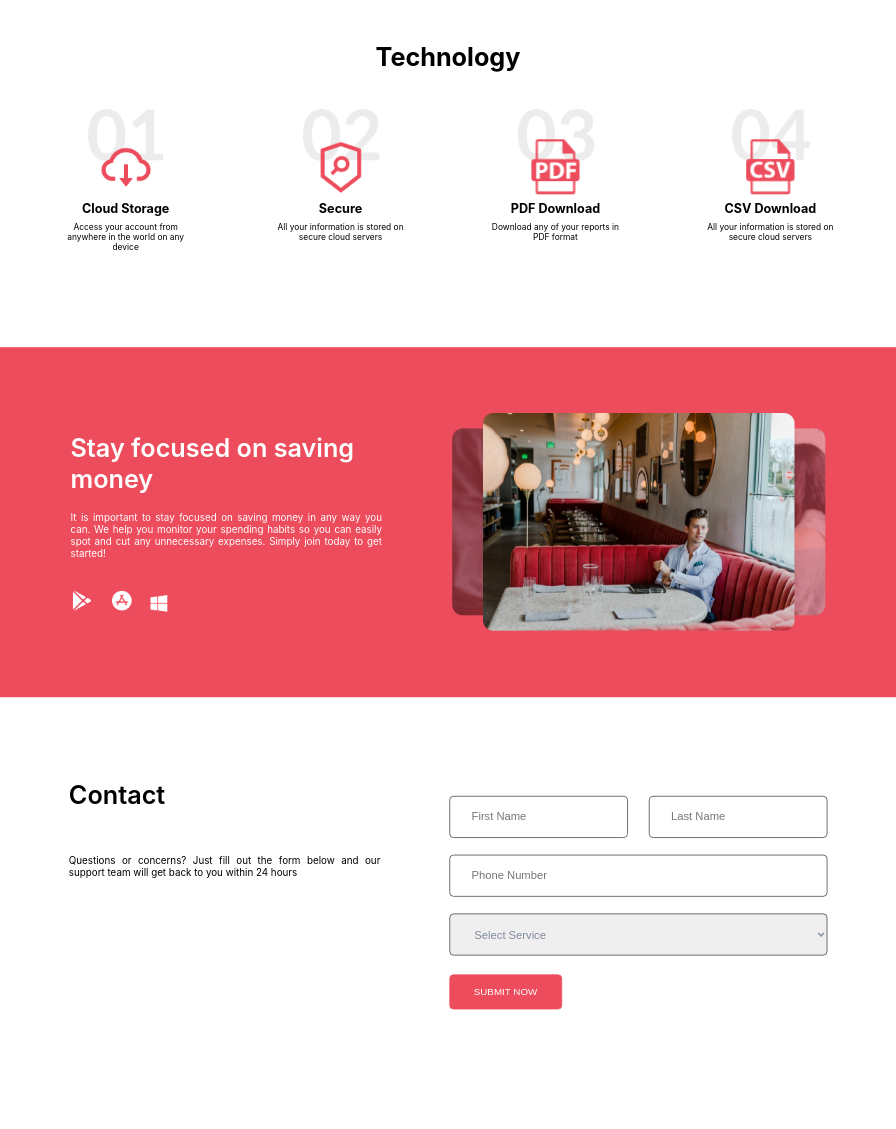
Repository: Ola-22/cloudBudget
Page: /
An editor plug-in stored every save of this project. The page is shown before and after the next save, followed by the edit.
The browser window is 1280 px wide. The pictures show the part of the page from y = 1980 to 3900 px (the page is 3593 px tall before and 3900 px after), at 70% of full size.
The project was rebuilt for these pictures with package versions that can differ from the ones it lists, and the page was loaded fresh each time. Also part of the build but not shown: src/Components/Footer/style.scss.

Above is the page before, as saved 2021-09-14 14:15:41.

### src/App.js
import "./App.css";
import {
  Navbar,
  MainContent,
  VideoSection,
  Features,
  Technology,
  AppDownload,
  Contact,
} from "./components/component-path";

function App() {
  return (
    <div className="App">
      <div
        className="app-main"
        style={{
          backgroundImage:
            "linear-gradient(90deg, rgba(213, 32, 71, 0.8) 0%, rgba(238, 61, 27, 0.8) 100%),url(/images/bg.png)",
          height: "782px",
        }}
      >
        <Navbar />
        <MainContent />
      </div>
      <VideoSection />
      <Features />
      <Technology />
      <AppDownload />
      <Contact />
    </div>
  );
}

export default App;

### src/App.css
*{
  margin: 0;
  padding: 0;
  box-sizing: border-box;
}

.app-main{
  /* height: 782px; */
  background-position: center;
  background-repeat: no-repeat;
  background-size: cover;
  position: relative;
}

### src/Components/component-path.js
export { default as Navbar } from "./Navbar";
export { default as MainContent } from "./MainContent";
export { default as VideoSection } from "./VideoSection";
export { default as Features } from "./Features";
export { default as Technology } from "./Technology";
export { default as AppDownload } from "./AppDownload";
export { default as Contact } from "./Contact";
export { default as Footer } from "./Footer";

### src/Components/Navbar/index.jsx
import "./style.scss";
import { Link, BrowserRouter as Router } from "react-router-dom";

function Navbar() {
  return (
    <div className="nav-main">
      <div className="nav-box">
        <img src="/images/Vector.png" alt="" />
        <h3>CLOUDBUDGET</h3>
      </div>
      <Router>
        <nav>
          <Link to="/">overview</Link>
          <Link to="/">features</Link>
          <Link to="/">technology</Link>
          <Link to="/">contact</Link>
          <Link to="/">sign up</Link>
        </nav>
      </Router>
      <div style={{ display: "flex", cursor: "pointer" }}>
        <div className="flag-box">
          <img src="/images/flag.png" alt="" />
          <h4>EN</h4>
          <img src="/images/vector2.png" alt="" />
        </div>
        <button>Login</button>
      </div>
    </div>
  );
}

export default Navbar;

### src/Components/MainContent/index.jsx
import "./style.css";

export default function MainContent() {
  return (
    <div className="main-content">
      <h1>CloudBudget</h1>
      <p>
        Cloud budget management for everyone. Only €69.95 a Month After a 7 Day
        Trial of
        <br /> Up to €4.99
      </p>
      <button>sign up</button>
    </div>
  );
}

### src/Components/VideoSection/index.jsx
import "./style.scss";

export default function VideoSection() {
  return (
    <div className="videoMain">
      <div className="video-content">
        <h2>Easy to Use Cloud Budget Management Software</h2>
        <p>
          Our software is made so you can access and manage your budget and
          expenses online at any time from any device. It provides detailed
          income and expense reports with graphs so you can easilly see your
          spending patterns and budget at a glance. Read below to find out more.
        </p>
        <a href="#">Learn More</a>
      </div>
      <div>
        <img src="/images/play.png" alt="" />
        <img src="/images/Video_bg.png" alt="" />
      </div>
    </div>
  );
}

### src/Components/Features/index.jsx
import FeaturesCard from "./FeaturesCard";
import "./style.scss";

export default function Features() {
  return (
    <div className="features-main">
      <h1>Features</h1>
      <div>
        <FeaturesCard
          src="/images/features1.png"
          title="Supports All Currencies and Cards"
          paragraph="We support all popular currencies and is fully customizable to add"
          readmore="Read More"
        />
        <FeaturesCard
          src="/images/features2.png"
          title="Manage your expenses on the go"
          paragraph="You can access your account from anywhere in the world on any device"
          readmore="Read More"
        />
        <FeaturesCard
          src="/images/features3.png"
          title="Cloud Budget Management Software"
          paragraph="Our software is made so you can access and manage your budget"
          readmore="Read More"
        />
      </div>
    </div>
  );
}

### src/Components/Technology/index.jsx
import "./style.scss";
import TechCard from "./TechCard";

export default function Technology() {
  return (
    <div className="tech-main">
      <h1>Technology</h1>
      <div>
        <TechCard
          src="/images/tech1.png"
          title="Cloud Storage"
          paragraph="Access your account from anywhere in the world on any device"
          background="01.png"
        />
        <TechCard
          src="/images/tech2.png"
          title="Secure"
          paragraph="All your information is stored on secure cloud servers"
          background="02.png"
        />
        <TechCard
          src="/images/tech3.png"
          title="PDF Download"
          paragraph="Download any of your reports in PDF format"
          background="03.png"
        />
        <TechCard
          src="/images/tech4.png"
          title="CSV Download"
          paragraph="All your information is stored on secure cloud servers"
          background="04.png"
        />
      </div>
    </div>
  );
}

### src/Components/AppDownload/index.jsx
import "./style.scss";

export default function AppDownload() {
  return (
    <div className="download-main">
      <div>
        <h1>Stay focused on saving money</h1>
        <p>
          It is important to stay focused on saving money in any way you can. We
          help you monitor your spending habits so you can easily spot and cut
          any unnecessary expenses. Simply join today to get started!
        </p>
        <img src="/images/playstore.png" alt="" />
        <img src="/images/applestore.png" alt="" />
        <img src="/images/windows.png" alt="" />
      </div>
      <div>
        <div>
          <img src="/images/Video_bg3.png" alt="" />
          <img src="/images/Video_bg2.png" alt="" />
        </div>
        <img src="/images/Video_bg1.png" alt="" />
      </div>
    </div>
  );
}

### src/Components/Contact/index.jsx
import "./style.scss";
import Input from "./Input";

export default function Contact() {
  return (
    <div className="contact-main">
      <div>
        <h4>Contact</h4>
        <p>
          Questions or concerns? Just fill out the form below and our support
          team will get back to you within 24 hours
        </p>
      </div>
      <div>
        <div>
          <Input
            name="first_name"
            id="first_name"
            type="text"
            // onChange={this.handleChange}
            // value={email}
            placeholder="First Name"
          />
          <Input
            name="last_name"
            id="last_name"
            type="text"
            // onChange={this.handleChange}
            // value={email}
            placeholder="Last Name"
          />
        </div>
        <div>
          <Input
            name="phone"
            id="phone"
            type="text"
            // onChange={this.handleChange}
            // value={email}
            placeholder="Phone Number"
          />
        </div>

        <select name="service" id="service">
          <option value="other">Select Service</option>
          <option value="other">other</option>
          <option value="other">other</option>
          <option value="other">other</option>
        </select>
        <button>Submit now</button>
      </div>
    </div>
  );
}

### src/Components/Navbar/style.scss
@import "../../styles/variables.scss";

.nav-main{
  display: flex;
  align-items: center;
  justify-content: space-around;
  padding-top: 52px;
  & >nav{
    display: flex;
    & >a {
      margin-left: 20px;
      text-transform: uppercase;
      color: $whiteColor;
      font-size: 14px;
      text-decoration: none;
    }
  }

  & button{
    width: 100px;
    height: 40px;
    background-color: transparent;
    border-radius: 6px;
    border: 1px solid $whiteColor;
    font-size: 14px;
    text-transform: uppercase;
    color: $whiteColor;
    margin-inline-start: 28.81px;
    margin-inline-end: 28px;
  }
}

.nav-box{
  display: flex;
  // margin-left: 5%;
  & > h3{
    font-size: 18px;
    margin-left: 9.9px;
    color: white;
  }
}

.flag-box{
  display: flex;
  align-items: center;
  width: 96px;
  & > h4{
    font-size: 14px;
    color: $whiteColor;
    margin-inline-start: 13.81px;
    margin-inline-end: 13.81px;
  }
}

### src/Components/MainContent/style.css
.main-content {
  display: -webkit-box;
  display: -ms-flexbox;
  display: flex;
  -webkit-box-align: center;
      -ms-flex-align: center;
          align-items: center;
  -webkit-box-orient: vertical;
  -webkit-box-direction: normal;
      -ms-flex-direction: column;
          flex-direction: column;
  color: #ffffff;
  margin-top: 158px;
}

.main-content > h1 {
  font-size: 72px;
  text-transform: uppercase;
  margin-left: 18px;
  letter-spacing: 0.05em;
}

.main-content > p {
  font-size: 24px;
  width: 540px;
  height: 124px;
  font-weight: 600;
  overflow-wrap: break-word;
  text-align: center;
  margin: 0;
}

.main-content > button {
  background-color: #ffffff;
  border-radius: 6px;
  width: 160px;
  height: 50px;
  font-size: 14px;
  text-transform: uppercase;
  color: #ED4C5C;
  border: none;
  font-weight: 600;
  cursor: pointer;
}
/*# sourceMappingURL=style.css.map */

### src/Components/VideoSection/style.scss
@import "../../styles/variables.scss";

.videoMain{
  display: flex;
  justify-content: space-around;
  margin-top: 94px;
  height: 500px;
  flex-wrap: wrap;
  & > div:last-of-type{
    position: relative;
    & img:first-of-type{
      border: 1px solid $btnColor;
      background-color: $btnColor;
      border-radius: 50%;
      padding: 20px;
      // width: 18px;
      position: absolute;
      margin-top: 123px;
      left: -32px;
    }
  }
}

.video-content{
  width: 445px;
  & > h2{
    font-size: 36px;
    line-height: 43px;
    margin-top: 46px;
    font-weight: 600;
  }
  & > p{
    font-size: 14px;
    text-align: justify;
    margin: 24px 0;
  }
  & > a{
    color: $btnColor;
    font-size: 14px;
    text-decoration: none;
  }
}

### src/Components/Features/FeaturesCard/index.js
import "./style.scss";

export default function FeaturesCard({ src, title, paragraph, readmore }) {
  return (
    <div className="features-card">
      <img src={src} alt="" />
      <div>
        <h3>{title}</h3>
        <p>{paragraph}</p>
        <a href="#">{readmore}</a>
      </div>
    </div>
  );
}

### src/Components/Features/style.scss
.features-main{
  background-color: #fafafa;
  // padding-top: 60px;
  height: 600px;
  & >h1{
    text-align: center;
    padding-top: 60px;
    padding-bottom: 63px;
  }
  & > div:first-of-type{
    display: flex;
    justify-content: space-evenly;
    height: 660px;
    flex-wrap: wrap;
  }
}

### src/Components/Technology/style.scss
.tech-main{
   height: 500px;

   & > h1{
     font-size: 36px;
     text-align: center;
     padding-top: 63px;
     padding-bottom: 52px;
   }

  & > div:first-of-type{
    display: flex;
    justify-content: space-evenly;
    flex-wrap: wrap;
  }
}

### src/Components/Technology/TechCard/index.jsx
import "./style.scss";

export default function TechCard({ src, title, paragraph, background }) {
  return (
    <div
      className="tech-card"
      style={{
        backgroundImage: `url(/images/${background}`,
        backgroundRepeat: "no-repeat",
        position: "relative",
        backgroundPosition: "center top",
      }}
    >
      <img src={src} alt="" />
      <h2>{title}</h2>
      <p>{paragraph}</p>
    </div>
  );
}

### src/Components/AppDownload/style.scss
@import "../../styles/variables.scss";

.download-main{
  background-color: $btnColor;
  height: 500px;
  color: $whiteColor;
  display: flex;
  justify-content: space-evenly;
  position: relative;
  &>div:first-of-type{
    width: 445px;
    & > h1{
      margin-top: 122px;
      width: 445px;
      font-size: 36px;
      font-weight: 600;
      margin-bottom: 24px;
    }
    & >p{
      margin-bottom: 44px;
      font-size: 14px;
      text-align: justify;
    }
    & > img:not(:first-of-type){
      margin-left: 25px;
    }
  }
  &>div:last-of-type{
    width: 533px;
    position: relative;
    padding-top: 116px;
    & > div {
    display: flex;
    position: relative;
    & >img:first-of-type{
      position: absolute;
      left: 150px;
    }
    }
    & > img{
      position: absolute;
      left: 44px;
      top: 94px;
    }
  }
}

### src/Components/Contact/style.scss
@import "../../styles/variables.scss";

.contact-main{
  display: flex;
  margin-top: 117px;
  justify-content: space-evenly;
  height: 500px;
  &> div:first-of-type{
    width: 445px;
    height: 160px;
    & > h4{
      font-size: 36px;
      font-weight: 600;
      height: 107px;
    }
    & >p{
      height: 64px;
      font-size: 14px;
      text-align: justify;
    }
  }
  &>div:last-of-type{
    width: 540px;
    height: 305px;

    & input, & select{
       height: 60px;
       border-radius: 6px;
       font-size: 16px;
       color: rgba(19,39,67,0.5);
       padding-left: 31px;
       outline: none;
       border: 1px solid #333333;
    }

    & input, & >select{
      width: 540px;
      margin-top: 24px;
    }

    &>div:first-of-type{
       &  input{
       width: 255px;
      &:last-of-type{
        margin-left: 30px;
      }
    }
    }


    & > button{
      background-color: $btnColor;
      border-radius: 6px;
      width: 161px;
      height: 50px;
      margin-top: 27px;
      border: 1px solid $btnColor;
      color: $whiteColor;
      text-transform: uppercase;
      font-size: 14px;
    }
  }
}

### src/Components/Contact/Input/index.jsx
// import React from "react";

export default function Input({
  name,
  type,
  onChange,
  value,
  placeholder,
  id,
}) {
  return (
    <>
      <input
        name={name}
        type={type}
        id={id}
        onChange={onChange}
        value={value}
        placeholder={placeholder}
        className="inputLog"
      />
    </>
  );
}

### src/styles/variables.scss
$whiteColor: #ffffff;
$blackColor: #000000;
$orangeColor: #EE3D1B;
$pinkColor: #D52047;
$btnColor: #ED4C5C;

### src/Components/Features/FeaturesCard/style.scss
@import "../../../styles/variables.scss";


.features-card{
  position: relative;
  text-align: center;
  & > div{
    background-color: $whiteColor;
    position: absolute;
    top: 157px;
    width: 293px;
    height: 198px;
    left: 29px;
    box-shadow: 0px 5px 30px rgba(0, 0, 0, 0.1);
    display: flex;
    flex-direction: column;
    align-items: center;
    color: #101010;
    border-radius: 8px;
    & > h3{
      margin-top: 33px;
      margin-bottom: 20px;
      font-size: 18px;
      width: 229px;
    }
    & > p{
      font-size: 12px;
      width: 229px;
      height: 57px;
    }
    & > a{
      color: $btnColor;
      font-size: 12px;
      font-weight: bold;
      text-decoration: none;
    }
  }
}

### src/Components/Technology/TechCard/style.scss
.tech-card{
  width: 255px;
  height: 226px;
  display: flex;
  flex-direction: column;
  align-items: center;
  flex-wrap: wrap;
  & > img{
    margin-top: 44px;
    width: 80px;
    height: 80px;
    object-fit: contain;
  }
  & >h2{
    font-size: 18px;
    margin-bottom: 10px;
    margin-top: 8px;
  }
  & > p{
    font-size: 12px;
    width: 191px;
    height: 51px;
    text-align: center;
    line-height: 14px;
  }
}

### src/Components/Footer/index.jsx
import "./style.scss";

export default function Footer() {
  return (
    <div className="footer-main">
      <div>
        <h3>Address</h3>
        <p>
          Pipang Ltd, Griva Digeni, 81-83 Jacovides Tower, 1st Floor 1090
          Picosia USA
        </p>
      </div>
      <div>
        <h3>Services</h3>
        <ul>
          <li>Overview</li>
          <li>Features</li>
          <li>Technology</li>
          <li>Terms & Conditions</li>
          <li>Privecy</li>
        </ul>
      </div>
      <div>
        <h3>Get in Touch</h3>
        <ul>
          <li>info@cloudbudget.com</li>
          <li>+1 844-721-7120</li>
        </ul>
        <div>
          <img src="/images/facebook.png" alt="" />
          <img src="/images/linkedin.png" alt="" />
          <img src="/images/twitter.png" alt="" />
        </div>
      </div>
      <div>
        <h3>We Support</h3>
        <img src="/images/secure.png" alt="" />
      </div>
    </div>
  );
}

Loaded but not shown: public/index.html (common file); src/index.js (common file); src/index.css (common file); src/reportWebVitals.js (common file)

After the next save:
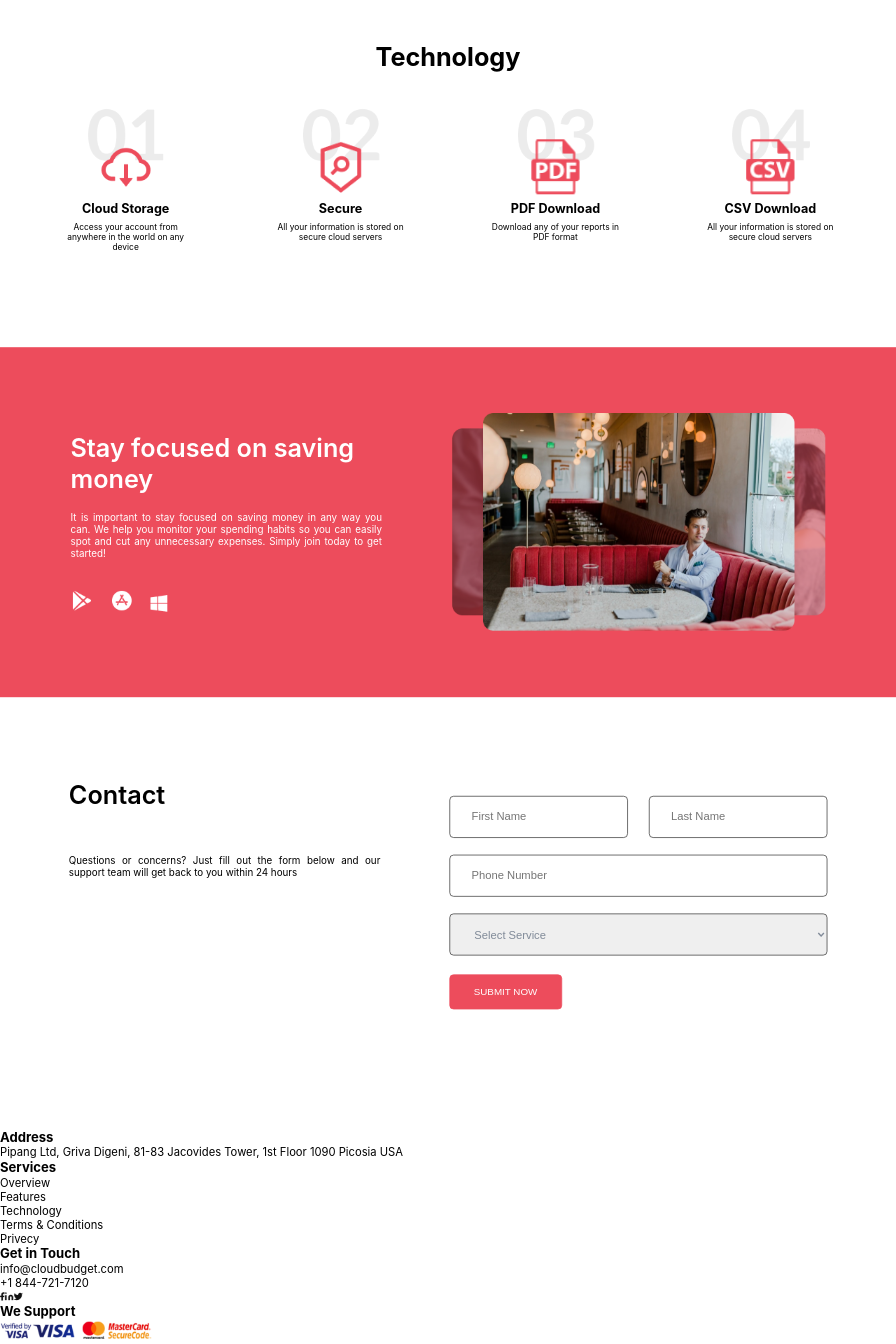
Saved 16 s later.
--- a/src/App.js
+++ b/src/App.js
@@ -7,6 +7,7 @@ import {
   Technology,
   AppDownload,
   Contact,
+  Footer,
 } from "./components/component-path";
 
 function App() {
@@ -28,6 +29,7 @@ function App() {
       <Technology />
       <AppDownload />
       <Contact />
+      <Footer />
     </div>
   );
 }
